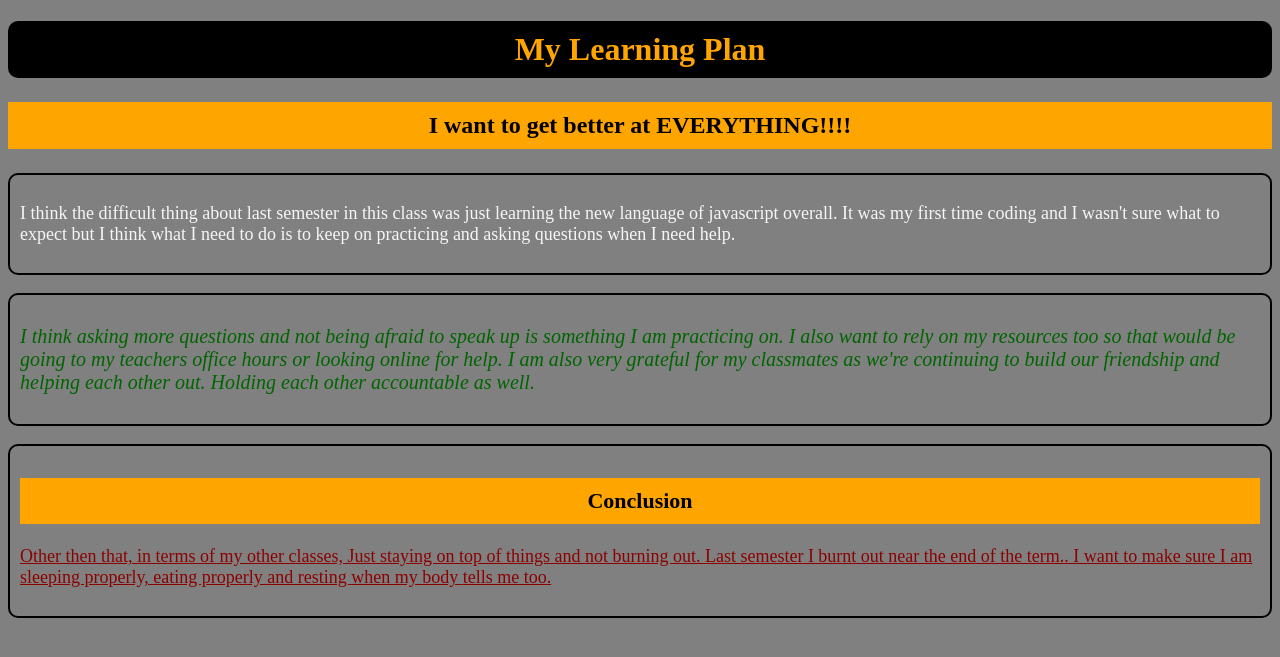
Repository: boofoo-png/mdia-2109
Page: Lab 3/learning-plan.html
These files come from the project's save history. The page is drawn as it stood at one moment and after the next save; the edit follows.
The browser window is 1280 px wide. The pictures show the whole page.

Above is the page before, as saved 2026-02-02 11:27:02.

### Lab 3/learning-plan.html
<!doctype html>
<html lang="en">
    <head>
        <meta charset="UTF-8" />
        <meta name="viewport" content="width=device-width, initial-scale=1.0" />
        <title>Learning Plan</title>
        <link rel="stylesheet" href="styles.css" />
    </head>
    <body>
        <h1>My Learning Plan</h1>
        <p class="title">I want to get better at EVERYTHING!!!!</p>
        <div class="introdiv">
            <p class="intro">
                I think the difficult thing about last semester in this class
                was just learning the new language of javascript overall. It was
                my first time coding and I wasn't sure what to expect but I
                think what I need to do is to keep on practicing and asking
                questions when I need help.
            </p>
        </div>
        <br />

        <div class="introdiv">
            <p class="maingoal">
                I think asking more questions and not being afraid to speak up
                is something I am practicing on. I also want to rely on my
                resources too so that would be going to my teachers office hours
                or looking online for help. I am also very grateful for my
                classmates as we're continuing to build our friendship and
                helping each other out. Holding each other accountable as well.
            </p>
        </div>
        <br />

        <div class="introdiv">
            <p class="conclusion">Conclusion</p>
            <p class="ending">
                Other then that, in terms of my other classes, Just staying on
                top of things and not burning out. Last semester I burnt out
                near the end of the term.. I want to make sure I am sleeping
                properly, eating properly and resting when my body tells me too.
            </p>
        </div>
    </body>
</html>

### Lab 3/styles.css
h1 {
    color: orange;
    text-align: center;
    justify-content: center;
    border-radius: 10px;
    background-color: black;
    padding: 10px;
    font-family: "Times New Roman", Times, serif;
}

p.title {
    font-size: 24px;
    font-weight: bold;
    color: black;
    justify-content: center;
    text-align: center;
    padding: 10px;
    background-color: orange;
    font-family: "Times New Roman", Times, serif;
}

p.intro {
    font-size: 18px;
    color: whitesmoke;
}

p.maingoal {
    font-size: 20px;
    font-style: italic;
    color: darkgreen;
}

p.ending {
    font-size: 18px;
    text-decoration: underline;
    color: darkred;
}

body {
    background-color: grey;
}

.introdiv {
    padding: 10px;
    border-radius: 10px;
    border-color: black;
    border-style: solid;
    border-width: 2px;
}

.conclusion {
    font-size: 22px;
    font-weight: bold;
    color: black;
    justify-content: center;
    text-align: center;
    padding: 10px;
    background-color: orange;
    font-family: "Times New Roman", Times, serif;
}

After the next save:
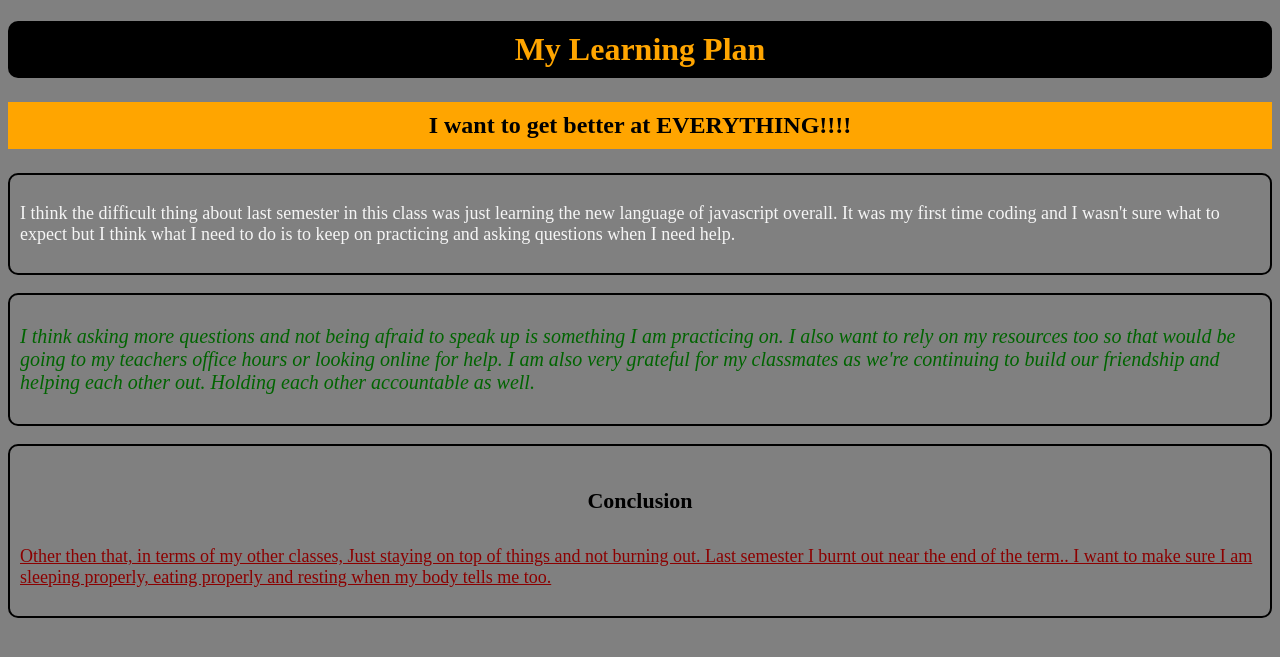
Saved 13 s later.
--- a/Lab 3/styles.css
+++ b/Lab 3/styles.css
@@ -55,6 +55,5 @@
     justify-content: center;
     text-align: center;
     padding: 10px;
-    background-color: orange;
     font-family: "Times New Roman", Times, serif;
 }
